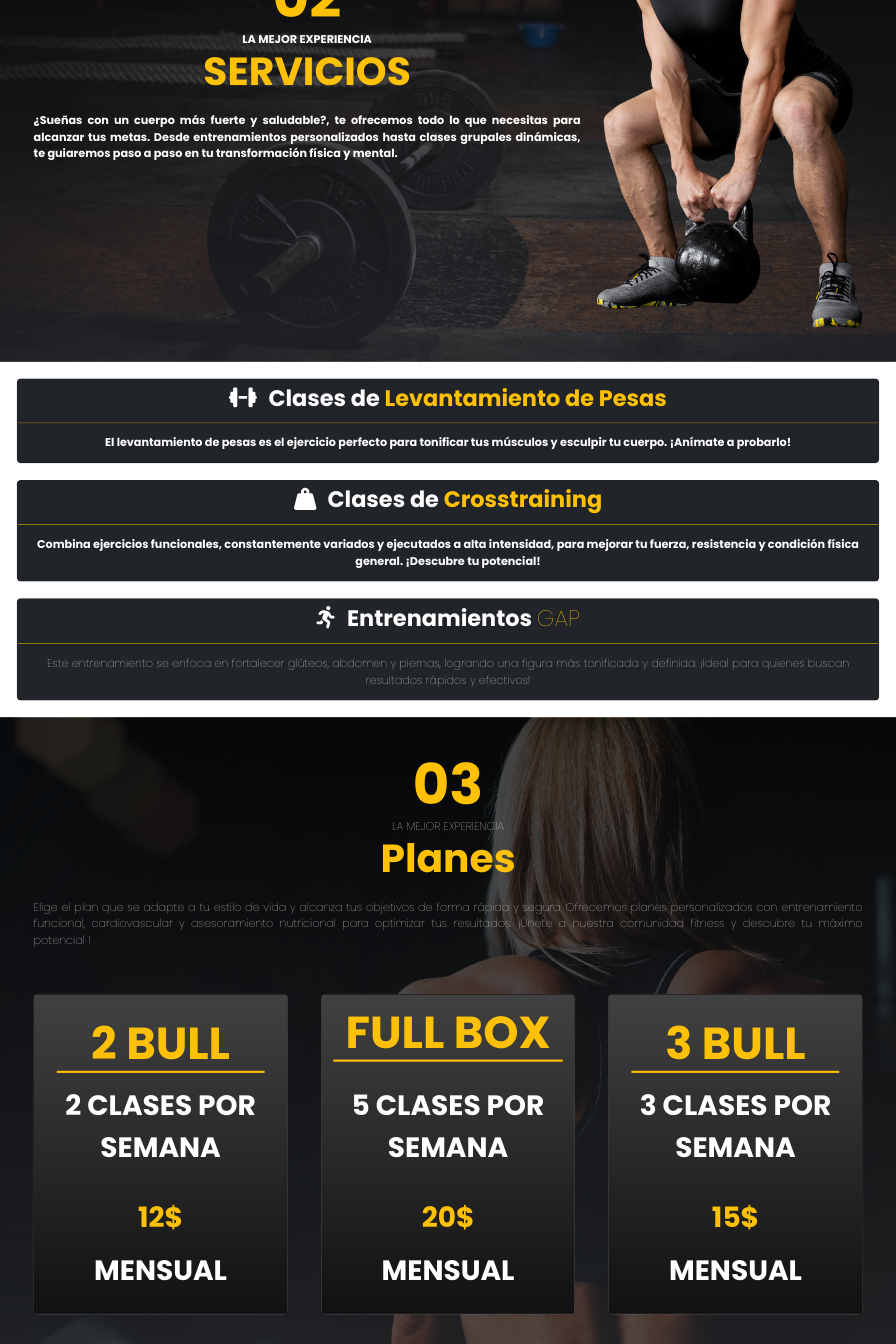
Repository: enjeru13/BullBox
Page: / (app in BullBox/)
These files come from the project's save history. The page is drawn as it stood at one moment and after the next save; the edit follows.
The browser window is 1280 px wide. The pictures show the part of the page from y = 2064 to 3984 px (the page is 4177 px tall), at 70% of full size.
The project was rebuilt for these pictures with package versions that can differ from the ones it lists, and the page was loaded fresh each time. Also part of the build but not shown: BullBox/vite.config.js, BullBox/src/pages/Registro.jsx, BullBox/src/pages/Login.jsx, BullBox/src/pages/Perfil.jsx, BullBox/src/pages/Tienda.jsx, BullBox/ProtectedRoute.jsx.

Above is the page before, as saved 2024-10-28 12:21:15.

### BullBox/index.html
<!doctype html>
<html lang="en">
  <head>
    <meta charset="UTF-8" />
    <link rel="icon" type="image/svg+xml" href="/vite.svg" />
    <link rel="preconnect" href="https://fonts.googleapis.com">
<link rel="preconnect" href="https://fonts.gstatic.com" crossorigin>
<link href="https://fonts.googleapis.com/css2?family=Poppins:ital,wght@0,100;0,200;0,300;0,400;0,500;0,600;0,700;0,800;0,900;1,100;1,200;1,300;1,400;1,500;1,600;1,700;1,800;1,900&family=Raleway:ital,wght@0,100;0,200;0,300;0,400;0,500;0,600;0,700;0,800;0,900;1,100;1,200;1,300;1,400;1,500;1,600;1,700;1,800;1,900&display=swap" rel="stylesheet">
    <meta name="viewport" content="width=device-width, initial-scale=1.0" />
    <title>Bull Box</title>
  </head>
  <body>
    <div id="root"></div>
    <script type="module" src="/src/main.jsx"></script>
    <script
    src="https://cdn.jsdelivr.net/npm/bootstrap@5.0.2/dist/js/bootstrap.bundle.min.js"
    integrity="sha384-MrcW6ZMFYlzcLA8Nl+NtUVF0sA7MsXsP1UyJoMp4YLEuNSfAP+JcXn/tWtIaxVXM"
    crossorigin="anonymous"
  ></script>
</html>

### BullBox/src/App.jsx
import { BrowserRouter, Routes, Route } from 'react-router-dom'
import { AuthProvider } from './context/AuthContext'
import Header from './components/Header'
import Inicio from './pages/Inicio'
import Registro from './pages/Registro'
import Login from './pages/Login'
import Perfil from './pages/Perfil'
import Tienda from './pages/Tienda'
import ProtectedRoute from '../ProtectedRoute'
import Footer from './components/Footer'

function App() {
  return (
    <AuthProvider>
      <BrowserRouter>
        <Header/>
        <Routes>
          <Route path='/' element={<Inicio />} />

          <Route path='/register' element={<Registro />} />

          <Route path='/login' element={<Login />} />

          <Route path='/tienda' element={<Tienda />} />

          <Route element={<ProtectedRoute/>}>
            <Route path='/profile' element={<Perfil />} />
          </Route>

        </Routes>
        <Footer/>
      </BrowserRouter>
    </AuthProvider>
  )
}

export default App

### BullBox/src/index.css
* {
 margin: 0;
 padding: 0;
 font-family: "Poppins", serif;
 font-optical-sizing: auto;
 font-weight: 100;
 font-style: normal;
}

/* Inicio */

.bg-image {
  background: linear-gradient(rgba(0, 0, 0, 0.717), rgba(36, 38, 42, 0.745)), url("/img/fondo.jpg");
  height: 100vh; /* 100vh = 100% de la altura de la viewport */
  width: 100vw; /* 100vw = 100% del ancho de la viewport */
  background-size: cover; /* Hace que la imagen cubra todo el espacio disponible */
  background-position: center; /* Centra la imagen */
  background-repeat: no-repeat; /* Evita que la imagen se repita */
  justify-content: center;
  align-items: center;
  display: flex;
}

/* Nosotros */

.bg {
  background-color: #dde1e9;
}

.justified-text {
  text-align: justify;
}

/* Servicios */

.bg-image-servicios {
  background: linear-gradient(rgba(0, 0, 0, 0.717), rgba(36, 38, 42, 0.745)), url("/img/fondo-servicios.jpg");
  background-size: cover; /* Hace que la imagen cubra todo el espacio disponible */
  background-position: center; /* Centra la imagen */
  background-repeat: no-repeat; /* Evita que la imagen se repita */
}

/* Planes */

.bg-image-planes {
  background: linear-gradient(rgba(0, 0, 0, 0.717), rgba(36, 38, 42, 0.745)), url("/img/fondo-planes1.jpg");
  background-size: cover; /* Hace que la imagen cubra todo el espacio disponible */
  background-position: center; /* Centra la imagen */
  background-repeat: no-repeat; /* Evita que la imagen se repita */
}

.bg-card {
  background: linear-gradient(rgba(0, 0, 0, 0.745), rgb(18, 17, 17));
}

### BullBox/src/context/AuthContext.jsx
import { createContext, useContext, useState, useEffect } from 'react'
import { registerRequest, loginRequest, verifyTokenRequest } from '../api/auth'
import Cookies from 'js-cookie'

const AuthContext = createContext();

// eslint-disable-next-line react-refresh/only-export-components
export const useAuth = () => {
    const context = useContext(AuthContext)
    if (!context) {
        throw new Error('useAuth deberia estar dentro del Provider')
    }
    return context
}

// eslint-disable-next-line react/prop-types
export const AuthProvider = ({ children }) => {

    const [user, setUser] = useState(null)
    const [isAuthenticated, setIsAuthenticated] = useState(false)
    const [errors, setErrors] = useState([])
    const [loading, setLoading] = useState(true)

    const signUp = async (user) => {
        try {
            const res = await registerRequest(user)
            console.log(res.data)
            setUser(res.data)
            setIsAuthenticated(true)
        } catch (error) {
            console.log(error.response)
            setErrors(error.response.data)
        }
    }

    const signIn = async (user) => {
        try {
            const res = await loginRequest(user)
            console.log(res.data)
            setUser(res.data)
            setIsAuthenticated(true)
        } catch (error) {
            if (Array.isArray(error.response.data)) {
                return setErrors(error.response.data)
            }
            setErrors([error.response.data.message])
        }
    }

    const logOut = () => {
        Cookies.remove('token')
        setIsAuthenticated(false)
        setUser(null)
    }

    // timer de las alertas de errores

    useEffect(() => {
        if (errors.length > 0) {
            const timer = setTimeout(() => {
                setErrors([])
            }, 3000);
            return () => clearTimeout(timer)
        }
    }, [errors])

    useEffect(() => {
        async function checkLogin() {
            const cookies = Cookies.get()

            if (!cookies.token) {
                setIsAuthenticated(false)
                setLoading(false)
                return setUser(null)
            }
            try {
                const res = await verifyTokenRequest(cookies.token)
                if (!res.data) {
                    setIsAuthenticated(false)
                    setLoading(false)
                    return
                }

                setIsAuthenticated(true)
                setUser(res.data)
                setLoading(false)

            } catch (error) {
                console.log(error)
                setIsAuthenticated(false)
                setUser(null)
                setLoading(false)
            }
        }
        checkLogin()
    }, [])

    return (
        <AuthContext.Provider value={{
            signUp,
            signIn,
            logOut,
            loading,
            user,
            isAuthenticated,
            errors,
        }}>
            {children}
        </AuthContext.Provider>
    )
}

export default AuthContext

### BullBox/src/components/Header.jsx
import { Link } from "react-router-dom"
import { useAuth } from '../context/AuthContext'

function Header() {

    const { isAuthenticated, logOut, user } = useAuth()

    return (
        <>
            <nav className="navbar navbar-expand-lg bg-dark border-bottom border-warning p-4 sticky-top">
                <div className="container-fluid">
                    <a className="navbar-brand text-white fs-1 " href='#'>BULL <span className="text-warning">BOX</span></a>
                    <button className="navbar-toggler border-2 border-warning" type="button" data-bs-toggle="collapse" data-bs-target="#navbarNav" aria-controls="navbarNav" aria-expanded="false" aria-label="Toggle navigation">
                        <span className="navbar-toggler-icon"></span>
                    </button>
                    <div className="collapse navbar-collapse " id="navbarNav">
                        <ul className="navbar-nav ms-auto justify-content-center align-items-center">
                            <li className="nav-item">
                                <Link className="nav-link text-white fs-4 active mx-3" aria-current="page" to="/">Inicio</Link>
                            </li>
                            <li className="nav-item">
                                <Link className="nav-link text-white fs-4 mx-3" to="/tienda">Tienda</Link>
                            </li>
                            {isAuthenticated ? (
                                <>
                                    <li className="nav-item">
                                        <Link className="nav-link text-white fs-4 mx-3" to='/profile'>Tu perfil {user.username} </Link>
                                    </li>
                                    <li className="nav-item ">
                                        <Link className="nav-link text-white fs-4 mx-3" to='/' onClick={() => {
                                            logOut()
                                        }}>Cerrar Sesión</Link>
                                    </li>
                                </>
                            ) : (
                                <>
                                    <li className="nav-item">
                                        <Link className="nav-link text-white fs-4 mx-3" to="/login">Inicia Sesión</Link>
                                    </li>
                                </>)}
                        </ul>
                    </div >
                </div >
            </nav >
        </>
    )
}

export default Header

### BullBox/src/pages/Inicio.jsx
import { FontAwesomeIcon } from '@fortawesome/react-fontawesome';
import { faLocationPin, faDumbbell, faPersonRunning, faWeightHanging } from '@fortawesome/free-solid-svg-icons';
import nosotros from '/img/nosotros.png'
import servicios from '/img/servicios.png'
import QRvzla from '/img/QRvzla.jpg'
import Mapa from '../components/Mapa'

function Inicio() {
    return (
        <>
            {/* Inicio */}

            <section className="bg-image text-center text-white fw-bold">
                <div className=''>
                    <h2 className='fw-bold display-4'>HAZ QUE <span className='text-warning'>OCURRA</span></h2>
                    <h5 className=''>Triunfar es mas facil de lo que piensas !</h5>
                    <hr className='text-warning' />
                    <h2 className='fw-bold display-4'>ENTRENA <span className='text-warning'>GRATIS HOY ! </span> </h2>
                    <h5 className=''>Primera Clase Gratis !</h5>
                </div>
            </section>

            {/* Nosotros */}

            <section className='container fw-bold p-5'>
                <div className='row justify-content-center align-items-center'>
                    <div className='col-md-4'>
                        <img className='img-fluid' src={nosotros} />
                    </div>
                    <div className='col-md-8 my-4 text-center'>
                        <div className='text-warning fw-bold display-1'>
                            01
                        </div>
                        <span className='fw-bold'>LA MEJOR EXPERIENCIA</span>
                        <h1 className='text-warning fw-bold display-4'>NOSOTROS</h1>
                        <p className='justified-text pt-3 fw-bold'> Creemos en el poder del movimiento y en el potencial ilimitado de cada persona. Nuestro equipo de expertos te guiará en cada paso del camino, diseñando planes de entrenamiento personalizados para ayudarte a alcanzar tus metas. </p>
                    </div>
                </div>
                <div >
                    <h1 className='text-center pt-3 pb-3 text-warning fw-bold'>Nuestra ubicacion</h1>
                    <Mapa />
                </div>
                <div>
                    <h3 className='text-center pt-4 fw-bold'> <FontAwesomeIcon className='text-warning me-2' icon={faLocationPin} />Barrio Obrero Calle 15 entre Carreras 21 y 22</h3>
                </div>
            </section>

            {/* Servicios */}

            <section className='bg-image-servicios fw-bold p-5 text-center text-white'>
                <div className='row justify-content-center align-items-center'>
                    <div className='col-md-8 my-4 text-center'>
                        <div className='text-warning fw-bold display-1'>
                            02
                        </div>
                        <span className='fw-bold'>LA MEJOR EXPERIENCIA</span>
                        <h2 className='text-warning fw-bold display-4'>SERVICIOS</h2>
                        <p className='justified-text pt-3 fw-bold'> ¿Sueñas con un cuerpo más fuerte y saludable?, te ofrecemos todo lo que necesitas para alcanzar tus metas. Desde entrenamientos personalizados hasta clases grupales dinámicas, te guiaremos paso a paso en tu transformación física y mental. </p>
                    </div>
                    <div className='col-md-4'>
                        <img className='img-fluid' src={servicios} />
                    </div>
                </div>
            </section>

            <div className="card text-center m-4 fw-bold bg-dark text-white">
                <div className="card-header border-warning">
                    <h2 className="text-center fw-bold"><i className='me-3'><FontAwesomeIcon icon={faDumbbell} /></i>Clases de <span className='text-warning fw-bold'>Levantamiento de Pesas</span></h2>
                </div>
                <div className="card-body">
                    <p className="card-text text-center fw-bold">El levantamiento de pesas es el ejercicio perfecto para tonificar tus músculos y esculpir tu cuerpo. ¡Anímate a probarlo!</p>
                </div>
            </div>

            <div className="card text-center m-4 fw-bold bg-dark text-white">
                <div className="card-header border-warning">
                    <h2 className=" fw-bold card-title text-center"><i className='me-3'><FontAwesomeIcon icon={faWeightHanging} /></i>Clases de <span className='text-warning fw-bold'>Crosstraining</span></h2>
                </div>
                <div className="card-body">
                    <p className="card-text text-center fw-bold">Combina ejercicios funcionales, constantemente variados y ejecutados a alta intensidad, para mejorar tu fuerza, resistencia y condición física general. ¡Descubre tu potencial!</p>
                </div>
            </div>

            <div className="card text-center m-4 fw-bold bg-dark text-white">
                <div className="card-header border-warning">
                    <h2 className=" fw-bold card-title text-center"><i className='me-3'><FontAwesomeIcon icon={faPersonRunning} /></i>Entrenamientos <span className='text-warning'>GAP</span></h2>
                </div>
                <div className="card-body">
                    <p className="card-text text-center ">Este entrenamiento se enfoca en fortalecer glúteos, abdomen y piernas, logrando una figura más tonificada y definida. ¡Ideal para quienes buscan resultados rápidos y efectivos!</p>
                </div>
            </div>

            {/* Planes */}

            <section className='bg-image-planes fw-bold p-5 text-center text-white'>
                <div className=''>
                    <div className='text-warning fw-bold display-1'>
                        03
                    </div>
                    <span>LA MEJOR EXPERIENCIA</span>
                    <h2 className='text-warning fw-bold display-4'>Planes</h2>
                </div>
                <p className='justified-text pt-3'>Elige el plan que se adapte a tu estilo de vida y alcanza tus objetivos de forma rápida y segura. Ofrecemos planes personalizados con entrenamiento funcional, cardiovascular y asesoramiento nutricional para optimizar tus resultados. ¡Únete a nuestra comunidad fitness y descubre tu máximo potencial ! </p>
                <div className="row row-cols-1 row-cols-md-3 g-5 pt-5">
                    <div className="col">
                        <div className="bg-card card h-100">
                            <div className="card-body">
                                <h5 className="card-title text-center text-warning display-3 fw-bold m-3 border-bottom border-3 border-warning">2 BULL</h5>
                                <p className="card-text text-center text-white fs-1 fw-bold">2 CLASES POR SEMANA</p>
                                <br />
                                <p className='text-center fs-1 text-warning fw-bold'>12$</p>
                                <p className='text-center text-white fs-1 fw-bold'>MENSUAL</p>
                            </div>
                        </div>
                    </div>
                    <div className="col">
                        <div className="bg-card card h-100">
                            <div className="card-body">
                                <h5 className="card-title text-center text-warning display-3 fw-bold border-bottom border-3 border-warning">FULL BOX</h5>
                                <br />
                                <p className="card-text text-center text-white fs-1 fw-bold ">5 CLASES POR SEMANA</p>
                                <br />
                                <p className='text-center fs-1 text-warning fw-bold'>20$</p>
                                <p className='text-center text-white fs-1 fw-bold'>MENSUAL</p>
                            </div>
                        </div>
                    </div>
                    <div className="col">
                        <div className="bg-card card h-100">
                            <div className="card-body">
                                <h5 className="card-title text-center text-warning display-3 fw-bold m-3 border-bottom border-3 border-warning">3 BULL</h5>
                                <p className="card-text text-center text-white fs-1 fw-bold">3 CLASES POR SEMANA</p>
                                <br />
                                <p className='text-center fs-1 text-warning fw-bold'>15$</p>
                                <p className='text-center text-white fs-1 fw-bold'>MENSUAL</p>
                            </div>
                        </div>
                    </div>
                    <div className='container-fluid h-100 d-flex flex-column justify-content-center align-items-center pt-5'>
                        <button type="button" className="btn btn-warning fw-bold fs-4" data-bs-toggle="modal" data-bs-target="#staticBackdrop">
                            Metodos de Pago
                        </button>
                    </div>
                    <div className="modal fade" id="staticBackdrop" data-bs-backdrop="static" data-bs-keyboard="false" tabIndex="-1" aria-labelledby="staticBackdropLabel" aria-hidden="true">
                        <div className="modal-dialog">
                            <div className="modal-content bg-dark">
                                <div className="modal-header">
                                    <h1 className="modal-title text-warning fs-4" id="staticBackdropLabel">Métodos de Pago</h1>
                                    <button type="button" className="btn-close" data-bs-dismiss="modal" aria-label="Close"></button>
                                </div>
                                <div className="modal-dialog modal-dialog-scrollable text-warning fs-5">
                                    Utiliza el método de pago que mejor se adapte a ti!
                                </div>
                                <p className='text-warning text-center fs-5'>QR Banco de Venezuela</p>
                                <img src={QRvzla} alt="QR banco de Venezuela" />
                                <p className='text-warning text-center fs-5 pt-3'>QR Banco de Venezuela</p>
                                <img src={QRvzla} alt="" />
                                <p className='text-warning text-center fs-5'>QR Banco de Venezuela</p>
                                <img src={QRvzla} alt="" />
                            </div>
                        </div>
                    </div>
                </div>
            </section>
            {/* <Footer /> */}
        </>

    )
}

export default Inicio

### BullBox/src/components/Footer.jsx
import { FontAwesomeIcon } from '@fortawesome/react-fontawesome';
import { faWhatsapp, faFacebook, faInstagram } from '@fortawesome/free-brands-svg-icons';

function Footer() {
    return (
        <div className='d-flex flex-column align-items-center text-center bg-dark border-top border-warning container-fluid p-1'>
            <h5 className='text-white'>2024 - BULL <span className='text-warning'>BOX</span> Todos los Derechos Reservados</h5>
            <div className="d-flex justify-content-center">
                <div className="nav-item">
                    <a className="nav-link text-white fs-2" href="#"><FontAwesomeIcon icon={faWhatsapp} /></a>
                </div>
                <div className="nav-item">
                    <a className="nav-link text-white fs-2 ms-5" href="#"><FontAwesomeIcon icon={faFacebook} /></a>
                </div>
                <div className="nav-item">
                    <a className="nav-link text-white fs-2 ms-5" href="#"><FontAwesomeIcon icon={faInstagram} /></a>
                </div>
            </div>
        </div>
    )
}

export default Footer

### BullBox/src/components/Mapa.jsx
import { MapContainer, TileLayer, Marker, Popup } from 'react-leaflet'
import 'leaflet/dist/leaflet.css'
import './Mapa.css'


const Mapa = () => {
    return (

        <div className='container-fluid'>
            <MapContainer center={{ lat: '7.7819182', lng: '-72.2228125' }} zoom={16}>
                <TileLayer url='https://tile.openstreetmap.org/{z}/{x}/{y}.png'
                    attribution='&copy; <a href="http://www.openstreetmap.org/copyright">OpenStreetMap</a>' />
                <Marker position={{ lat: '7.7819182', lng: '-72.2228125' }}>
                    <Popup>
                        Ubicacion de BULL BOX
                    </Popup>
                </Marker>
            </MapContainer>
        </div>
    )
}

export default Mapa

### BullBox/src/api/axios.js
import axios from "axios";

const instance = axios.create({
    baseURL: 'http://localhost:3000/api',
    withCredentials: true
})

export default instance

### BullBox/src/components/Mapa.css
.leaflet-container {
    width: 100%;
    height: 300px;
    background: #000;
}

Loaded but not shown: BullBox/src/main.jsx (common file); BullBox/src/api/auth.js (7 lines, source omitted)

After the next save:
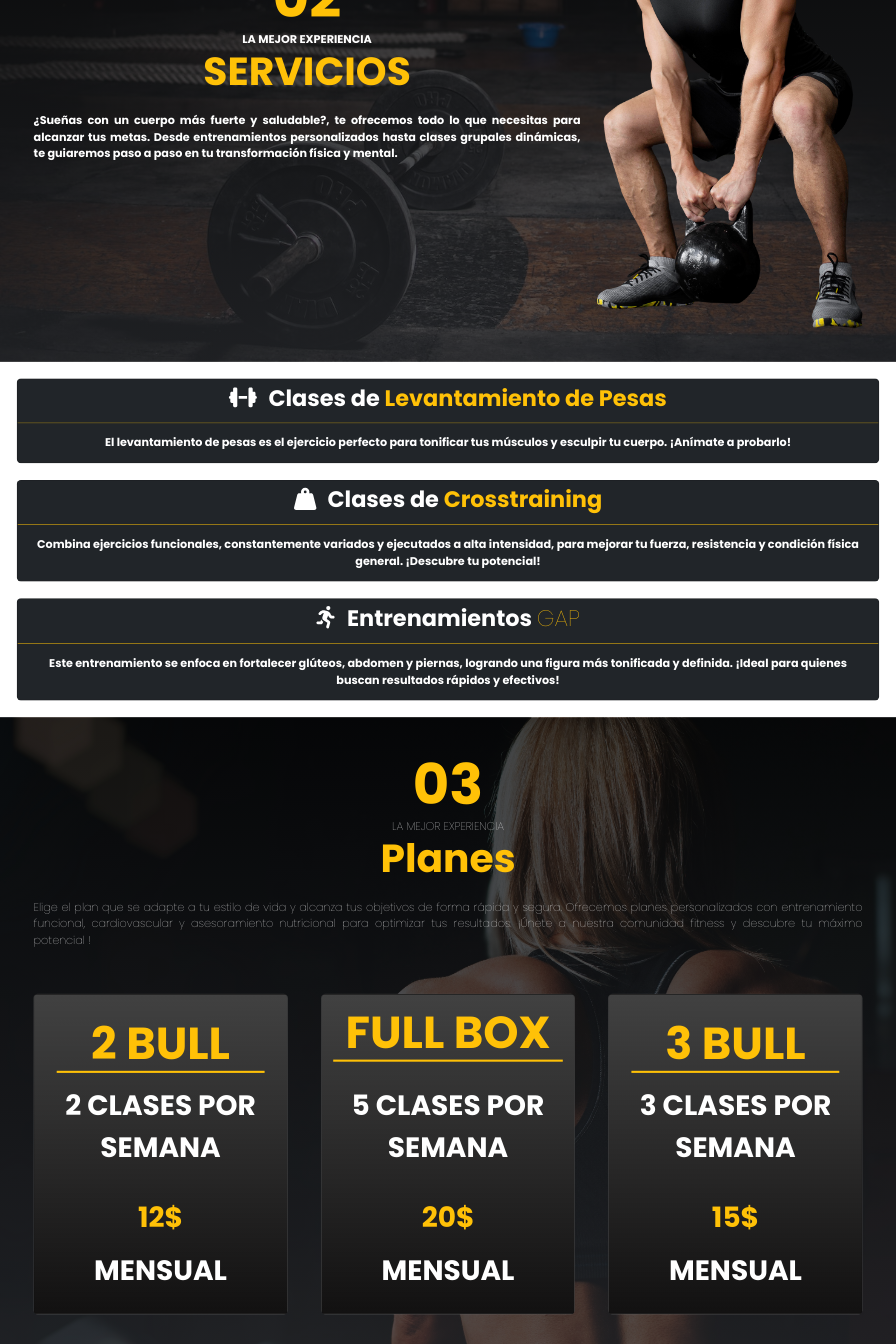
Saved 4 s later.
--- a/BullBox/src/pages/Inicio.jsx
+++ b/BullBox/src/pages/Inicio.jsx
@@ -86,7 +86,7 @@ function Inicio() {
                     <h2 className=" fw-bold card-title text-center"><i className='me-3'><FontAwesomeIcon icon={faPersonRunning} /></i>Entrenamientos <span className='text-warning'>GAP</span></h2>
                 </div>
                 <div className="card-body">
-                    <p className="card-text text-center ">Este entrenamiento se enfoca en fortalecer glúteos, abdomen y piernas, logrando una figura más tonificada y definida. ¡Ideal para quienes buscan resultados rápidos y efectivos!</p>
+                    <p className="card-text text-center fw-bold">Este entrenamiento se enfoca en fortalecer glúteos, abdomen y piernas, logrando una figura más tonificada y definida. ¡Ideal para quienes buscan resultados rápidos y efectivos!</p>
                 </div>
             </div>
 
